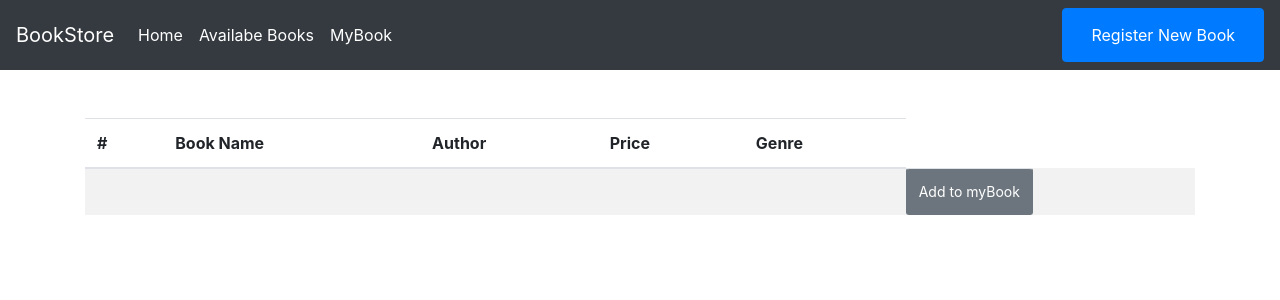
Repository: Sumanta-Sahoo/BookStoreApp
Page: http://localhost/availabeBooks
An editor plug-in stored every save of this project. The page is shown before and after the next save, followed by the edit.
The browser window is 1280 px wide. The pictures show the whole page.
The page is this project's Thymeleaf template; nobody is signed in. The template is opened directly, without the code that normally fills it, so the values that code supplies are empty.

Above is the page before, as saved 2024-03-18 23:58:01.

### bookstore/src/main/resources/templates/availabeBooks.html
<!doctype html>
<html lang="en" xmlns:th="https://www.thymeleaf.com">

<head>
	<!-- Required meta tags -->
	<meta charset="utf-8">
	<meta name="viewport" content="width=device-width, initial-scale=1, shrink-to-fit=no">

	<!-- Bootstrap CSS -->
	<link rel="stylesheet" href="https://cdn.jsdelivr.net/npm/bootstrap@4.4.1/dist/css/bootstrap.min.css"
		integrity="sha384-Vkoo8x4CGsO3+Hhxv8T/Q5PaXtkKtu6ug5TOeNV6gBiFeWPGFN9MuhOf23Q9Ifjh" crossorigin="anonymous">

	<title>BookStore</title>
</head>

<body>
	<nav class="navbar navbar-expand-lg navbar-light bg-dark">
		<a class="navbar-brand text-white" href="#">BookStore</a>
		<button class="navbar-toggler" type="button" data-toggle="collapse" data-target="#navbarSupportedContent"
			aria-controls="navbarSupportedContent" aria-expanded="false" aria-label="Toggle navigation">
			<span class="navbar-toggler-icon"></span>
		</button>

		<div class="collapse navbar-collapse" id="navbarSupportedContent">
			<ul class="navbar-nav mr-auto">
				<li class="nav-item active">
					<a class="nav-link text-white" href="#">Home<span class="sr-only">(current)</span></a>
				</li>
				<li class="nav-item">
					<a class="nav-link text-white" href="availabe_books">Availabe Books</a>
				</li>
				<li class="nav-item">
					<a class="nav-link text-white" href="my_books">MyBook</a>
				</li>
			</ul>
			<div>
				<button type="button" class="btn btn-primary"><a class="nav-link text-white"
						href="bookRegister">Register New Book</a></button>
			</div>

		</div>
	</nav>


	<div class="container my-5 md-6">
		<table class="table table-striped">
			<thead>
				<tr>
					<th scope="col">#</th>
					<th scope="col">Book Name</th>
					<th scope="col">Author</th>
					<th scope="col">Price</th>
					<th scope="col">Genre</th>
				</tr>
			</thead>
			<tbody class="table-group-divider">
				<tr th:each:"b :${book}">
					<td th : text="${b.bookId}"></td>
					<td th : text="${b.bookName}"></td>
					<td th : text="${b.bookAuthor}"></td>
					<td th : text="${b.bookPrice}"></td>
					<td th : text="${b.bookGenre}"></td>
					<td class="btn btn-secondary btn-sm">Add to myBook</td>
				</tr>
			</tbody>
		</table>
	</div>

	<!-- Optional JavaScript -->
	<!-- jQuery first, then Popper.js, then Bootstrap JS -->
	<script src="https://code.jquery.com/jquery-3.4.1.slim.min.js"
		integrity="sha384-J6qa4849blE2+poT4WnyKhv5vZF5SrPo0iEjwBvKU7imGFAV0wwj1yYfoRSJoZ+n"
		crossorigin="anonymous"></script>
	<script src="https://cdn.jsdelivr.net/npm/popper.js@1.16.0/dist/umd/popper.min.js"
		integrity="sha384-Q6E9RHvbIyZFJoft+2mJbHaEWldlvI9IOYy5n3zV9zzTtmI3UksdQRVvoxMfooAo"
		crossorigin="anonymous"></script>
	<script src="https://cdn.jsdelivr.net/npm/bootstrap@4.4.1/dist/js/bootstrap.min.js"
		integrity="sha384-wfSDF2E50Y2D1uUdj0O3uMBJnjuUD4Ih7YwaYd1iqfktj0Uod8GCExl3Og8ifwB6"
		crossorigin="anonymous"></script>
</body>

</html>

After the next save:
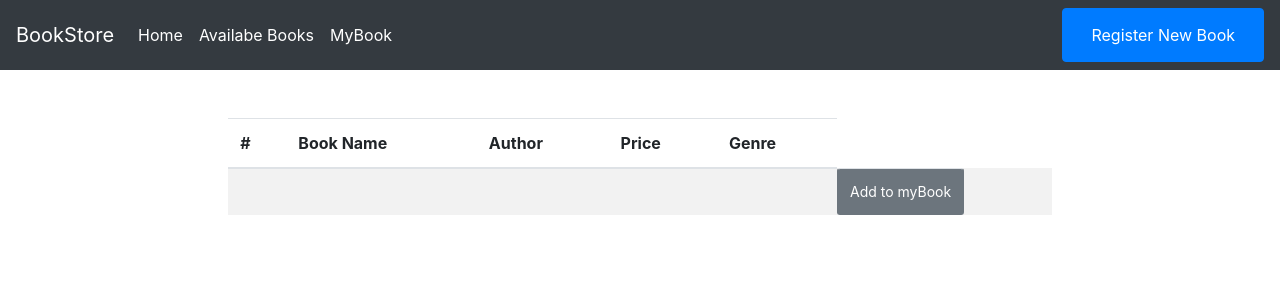
Saved 92 s later.
--- a/bookstore/src/main/resources/templates/availabeBooks.html
+++ b/bookstore/src/main/resources/templates/availabeBooks.html
@@ -42,8 +42,8 @@
 	</nav>
 
 
-	<div class="container my-5 md-6">
-		<table class="table table-striped">
+	<div class="container my-5 col-md-8">
+		<table class="table  table-striped table-hover">
 			<thead>
 				<tr>
 					<th scope="col">#</th>
@@ -53,7 +53,7 @@
 					<th scope="col">Genre</th>
 				</tr>
 			</thead>
-			<tbody class="table-group-divider">
+			<tbody>
 				<tr th:each:"b :${book}">
 					<td th : text="${b.bookId}"></td>
 					<td th : text="${b.bookName}"></td>
